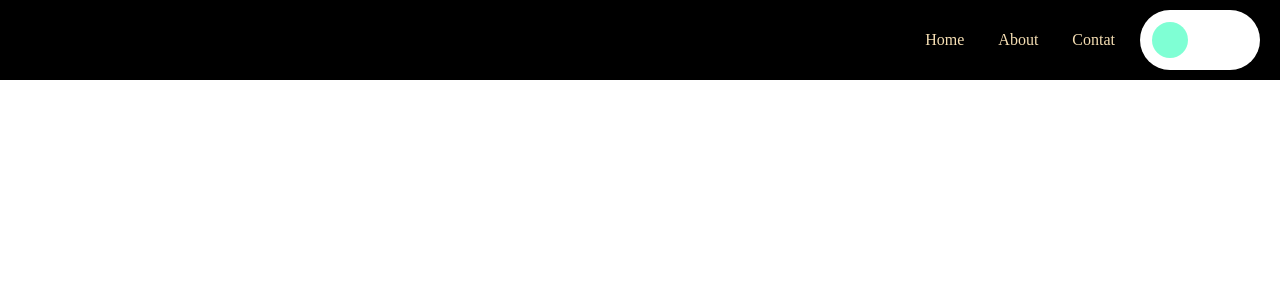
Repository: imokha01/toggleNavBar
Page: index.html
These files come from the project's save history. The page is drawn as it stood at one moment and after the next save; the edit follows.
The browser window is 1280 px wide. The pictures show the whole page.

Above is the page before, as saved 2023-12-26 22:36:20.

### index.html
<!DOCTYPE html>
<html lang="en">
<head>
    <meta charset="UTF-8">
    <meta name="viewport" content="width=device-width, initial-scale=1.0">
    <title>Toggle Nav Bar</title>
    <link rel="stylesheet" href="style.css">
</head>
<body>
    <header class="header">
        <div class="header__content">
            <nav class="header__content__navbar">
                <li class="header__content__navbar__list">
                    <a href="#" class="header__content__navbar__link">Home</a>
                </li>
                <li class="header__content__navbar__list">
                    <a href="#" class="header__content__navbar__link">About</a>
                </li>
                <li class="header__content__navbar__list">
                    <a href="#" class="header__content__navbar__link">Contat</a>
                </li>
            </nav>
            <input type="checkbox" class="checkbox toggle-triger">
        </div>

    </header>
</body>
</html>

### style.css
*{
    margin: 0;
    padding: 0;
    box-sizing: border-box;
}

.header {
    background: #000;
    /* height: 70px; */

}


.header__content__navbar__list {
    display: inline-block;
    list-style-type: none;
}

.header__content__navbar__link{
    color: wheat;
    text-decoration: none;
    padding: 15px;
}

.header__content {
    display: flex;
    justify-content: end;
    align-items: center;
    padding: 10px 20px;

    gap: 10px;
}

.checkbox {
    width: 120px;
    height:60px;
    border-radius: 60px;
    background-color: #fff;
    appearance: none;
    position: relative;
    outline: none;
    cursor: pointer;
    transition: .5s;
}

.checkbox::before {
    height: 60px;
    width: 60px;
    position: absolute;
    top: 0;
    left: 0;
    content: "";
    background-color: aquamarine;
    border-radius: 60px;
    transform: scale(0.6);
    transition: .5s;
}

.checkbox:checked{
    background-color: blue;
}

After the next save:
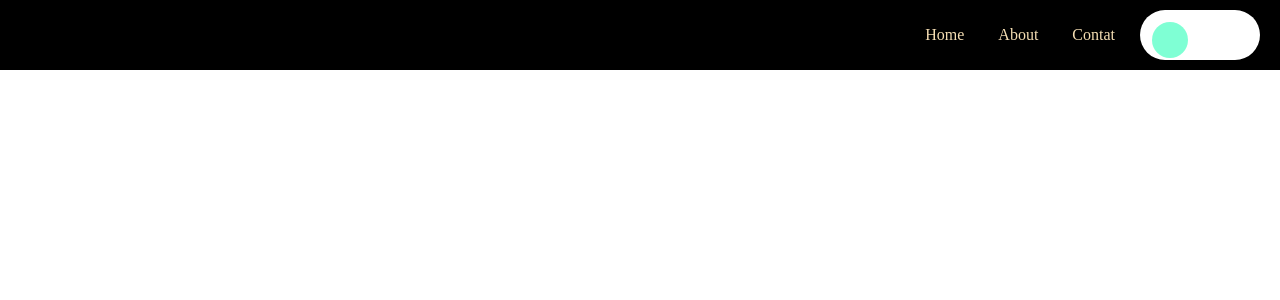
Saved 6 s later.
--- a/style.css
+++ b/style.css
@@ -33,7 +33,7 @@
 
 .checkbox {
     width: 120px;
-    height:60px;
+    height:50px;
     border-radius: 60px;
     background-color: #fff;
     appearance: none;
